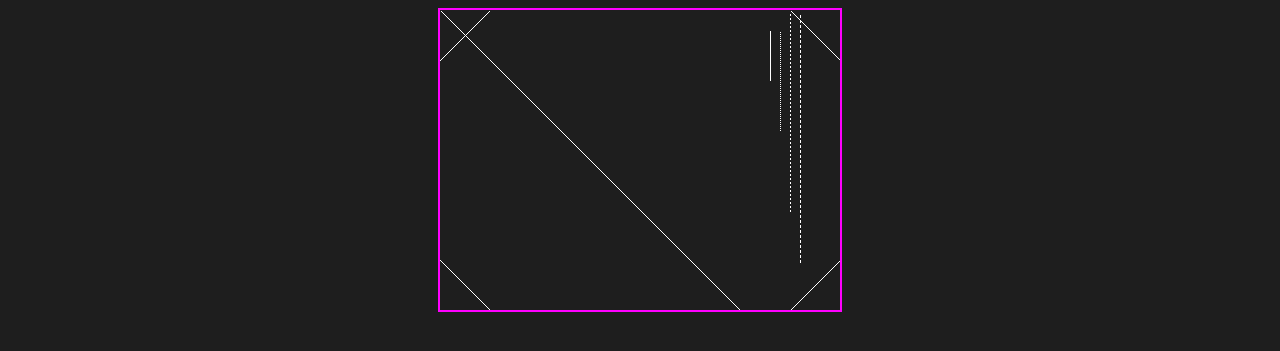
Repository: StarLightGX/miao
Page: paint.html
These files come from the project's save history. The page is drawn as it stood at one moment and after the next save; the edit follows.
The browser window is 1280 px wide. The pictures show the whole page.

Above is the page before, as saved 2020-11-12 20:08:01.

After the next save:
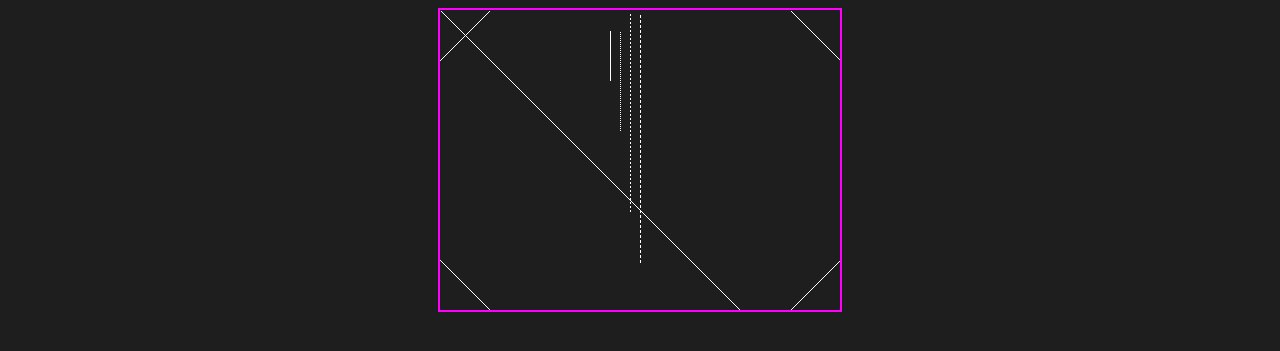
Saved 91 s later.
--- a/paint.html
+++ b/paint.html
@@ -64,7 +64,7 @@
     y = 20;
     for (i = 0; i < 50; i++) {
       y = y + 1;
-      x = 330;
+      x = 170;
       dot(x, y);
     }
 
@@ -72,7 +72,7 @@
     y = 20;
     for (i = 0; i < 50; i++) {
       y = y + 2;
-      x = 340;
+      x = 180;
       dot(x, y);
     }
 
@@ -80,13 +80,13 @@
 
     for (i = 0; i < 50; i++) {
       y = 4 * (i + 1);
-      x = 350;
+      x = 190;
       dot(x, y);
     }
 
     for (i = 0; i < 50; i++) {
       y = 4 * (i + 1) + 1;
-      x = 350;
+      x = 190;
       dot(x, y);
     }
 
@@ -94,19 +94,19 @@
 
     for (i = 0; i < 50; i++) {
       y = 5 * (i + 1);
-      x = 360;
+      x = 200;
       dot(x, y);
     }
 
     for (i = 0; i < 50; i++) {
       y = 5 * (i + 1) + 1;
-      x = 360;
+      x = 200;
       dot(x, y);
     }
 
     for (i = 0; i < 50; i++) {
       y = 5 * (i + 1) + 2;
-      x = 360;
+      x = 200;
       dot(x, y);
     }
 
@@ -151,6 +151,7 @@
     }
 
     // 画一条跨越画布左上角和右下角的对角线
+
     // 画一个空心矩形
     // 画一个实心矩形
     // 画一个rgb色彩空间的某一面
